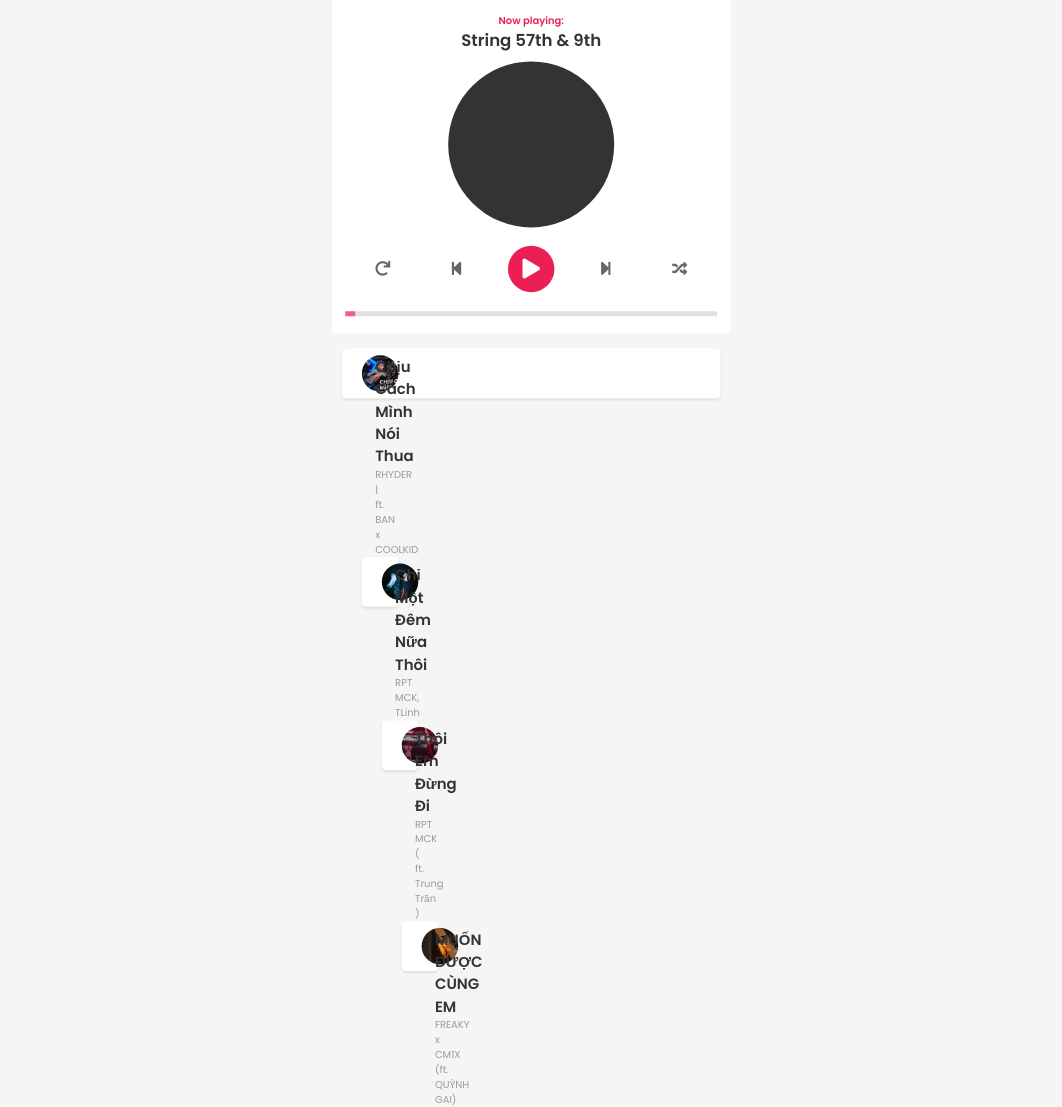
Repository: ChiNg22nd04/MusicPlayer
Page: index.html
The author's editor kept a copy of each file at every save. The page is drawn from the files as they stood at one save, then again after the next save.
The browser window is 1280 px wide. The pictures show the whole page, at 83% of full size.

Above is the page before, as saved 2023-12-29 22:09:12.

After the next save:
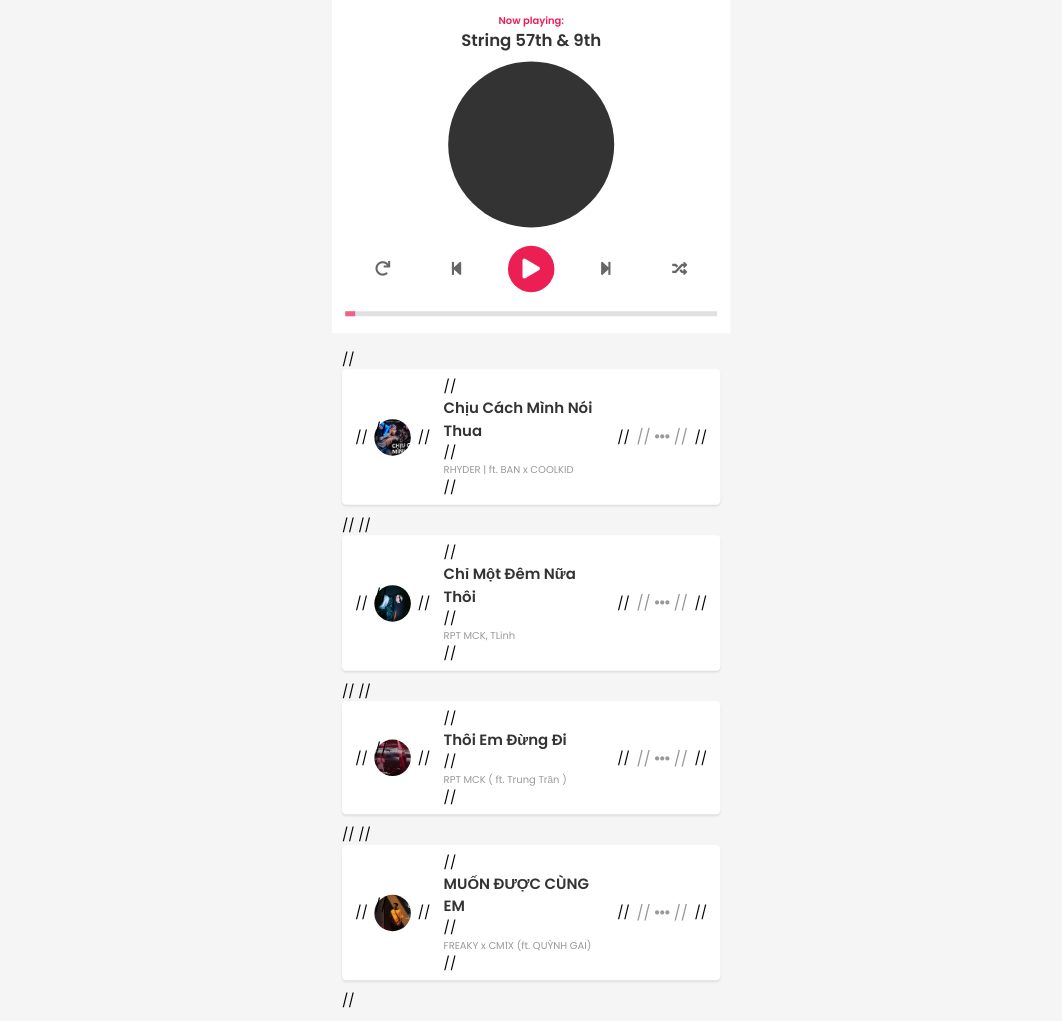
Saved 47 s later.
--- a/index.html
+++ b/index.html
@@ -93,15 +93,19 @@
       render: function() {
           const htmls = this.listSong.map((song) => {
             return `
-                  <div class="song">
-                     <div class="thumb" style="background-image: url('${song.img}');">
-
-                <div class="body">
-                  <h3 class="title">${song.name}</h3>
-                    <p class="author">${song.singer}</p>
-
-                </div>
-            `
+              //     <div class="song">
+              //         <div class="thumb"
+              //             style="background-image: url('${song.img}');">
+              //         </div>
+              //         <div class="body">
+              //             <h3 class="title">${song.name}</h3>
+              //             <p class="author">${song.singer}</p>
+              //         </div>
+              //         <div class="option">
+              //             <i class="fas fa-ellipsis-h"></i>
+              //         </div>
+              //     </div>
+              // `
               // return
               // `
               //     <div class="song">
